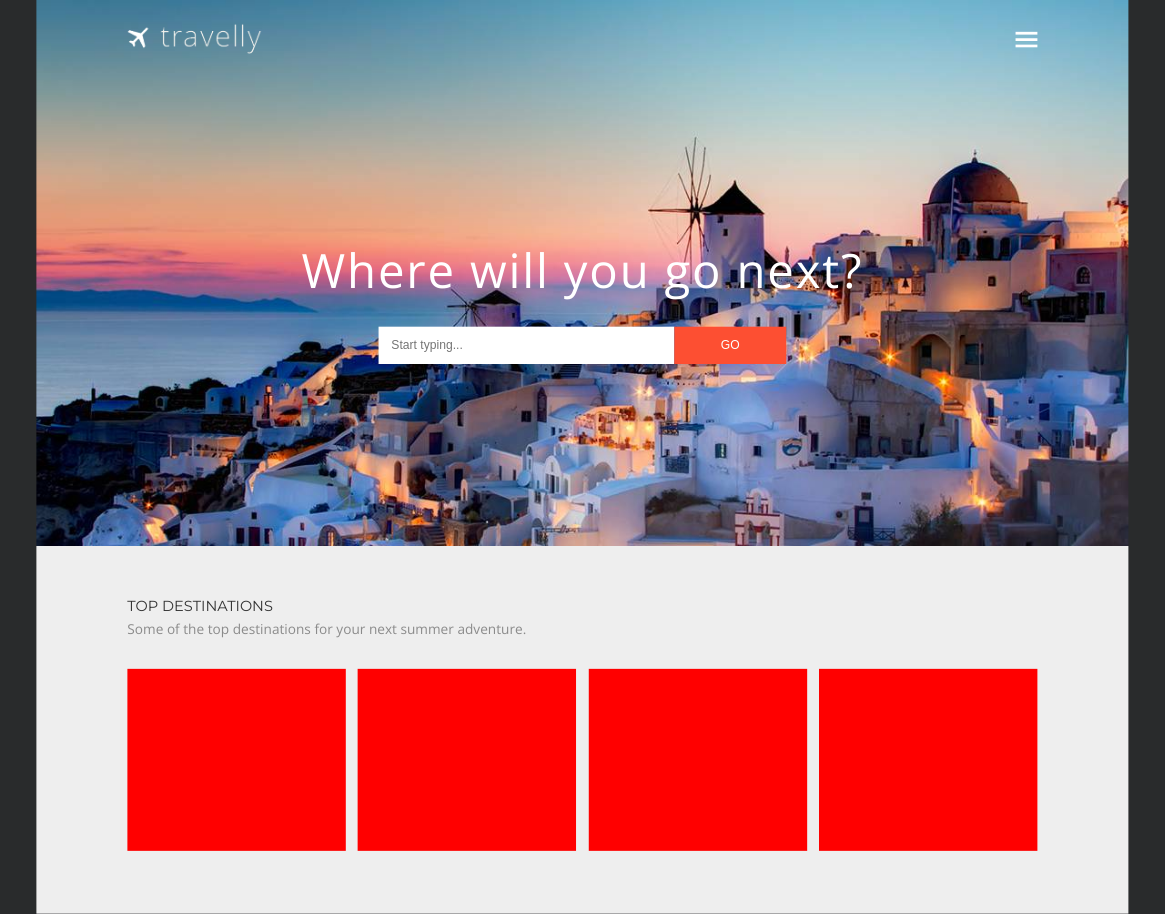
Repository: YusifHasanov/Web-Page-Template
Page: index.html
The author's editor kept a copy of each file at every save. The page is drawn from the files as they stood at one save, then again after the next save.
The browser window is 1280 px wide. The pictures show the whole page, at 91% of full size.

Above is the page before, as saved 2021-12-05 21:24:12.

After the next save:
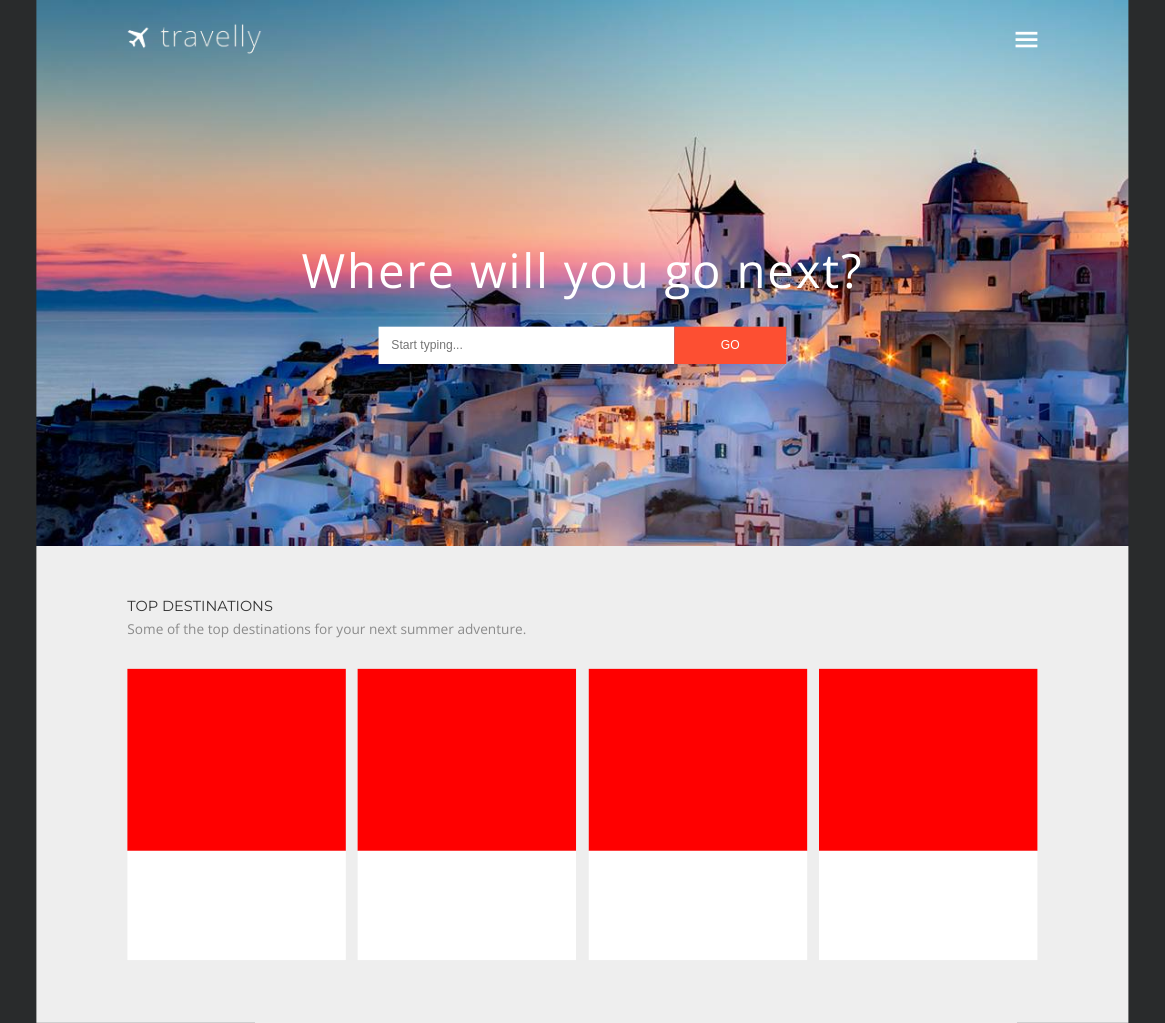
Saved 31 s later.
--- a/css/style.css
+++ b/css/style.css
@@ -119,7 +119,7 @@ button[type='submit'] {
   background-color:red;
 }
 
-.bottom {
+.down {
   height: 120px;
   background-color:white
 }
